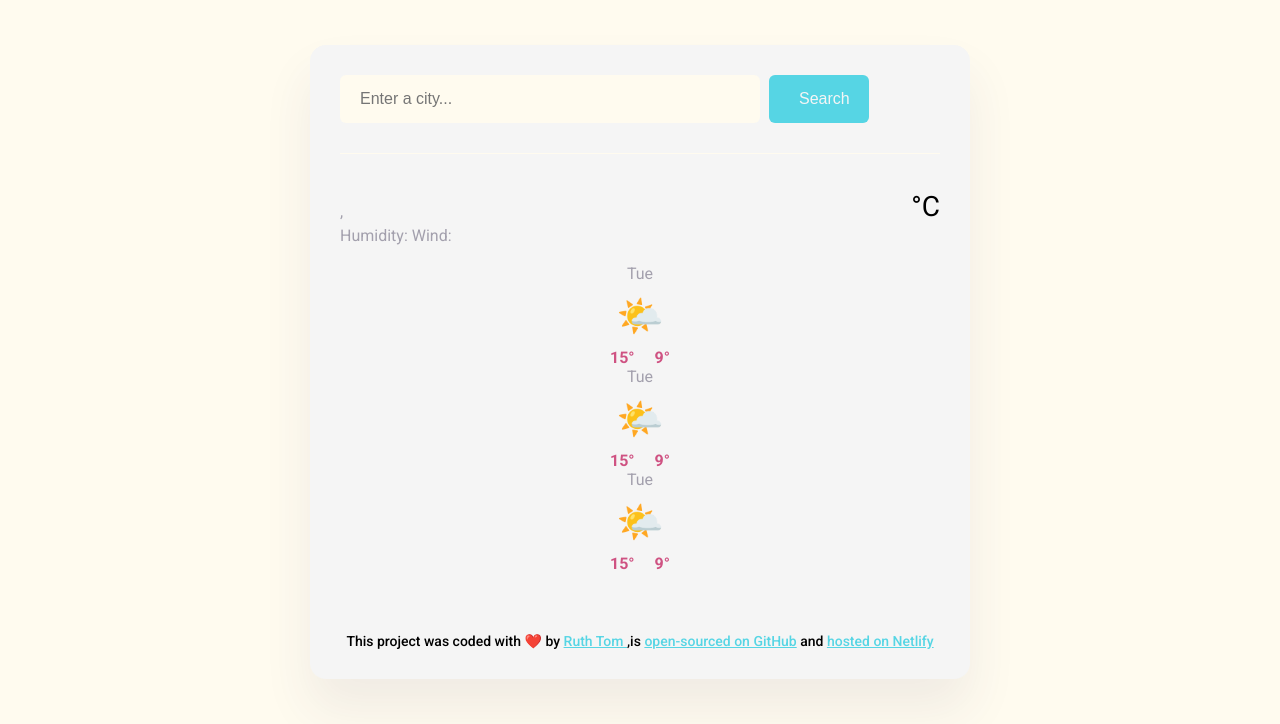
Repository: RuthTom711/Weatherly-App
Page: index.html
An editor plug-in stored every save of this project. The page is shown before and after a run of saves, followed by the edit.
The browser window is 1280 px wide. The pictures show the whole page.
The page's requests for data from a server got no answer. Some web libraries are served in a nearby version.

Above is the page before, as saved 2025-11-13 15:03:58.
Console error (its wording comes from the project's code and is left out).

After the next 5 saves:
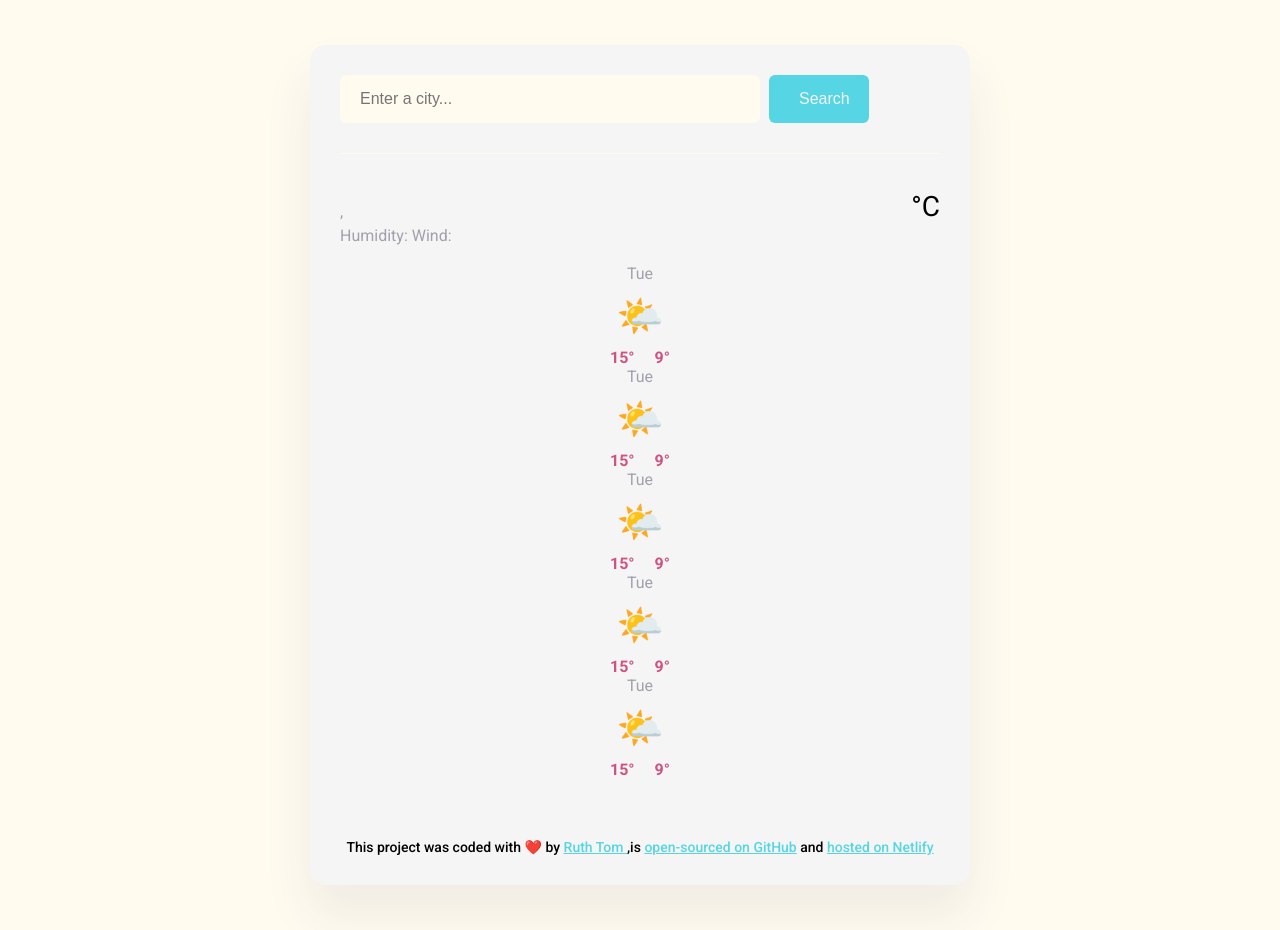
The 5 saves are shown as one change because they came seconds apart.
The last was saved 14 s later.
--- a/index.html
+++ b/index.html
@@ -80,6 +80,27 @@
              </div>
 
             </div>
+             <div class="weather-forecast-day">
+              <div class="weather-forecast-date">Tue</div>
+              <div class="weather-forecast-icon">🌤️</div>
+              <div class="weather-forecast-temperatures">
+              <div class="weather-forecast-temperature"><strong>15°</strong></div>
+               <div class="weather-forecast-temperature"><strong>9°</strong></div>
+
+             </div>
+
+            </div>
+
+             <div class="weather-forecast-day">
+              <div class="weather-forecast-date">Tue</div>
+              <div class="weather-forecast-icon">🌤️</div>
+              <div class="weather-forecast-temperatures">
+              <div class="weather-forecast-temperature"><strong>15°</strong></div>
+               <div class="weather-forecast-temperature"><strong>9°</strong></div>
+
+             </div>
+
+            </div>
 
           </div>
 
